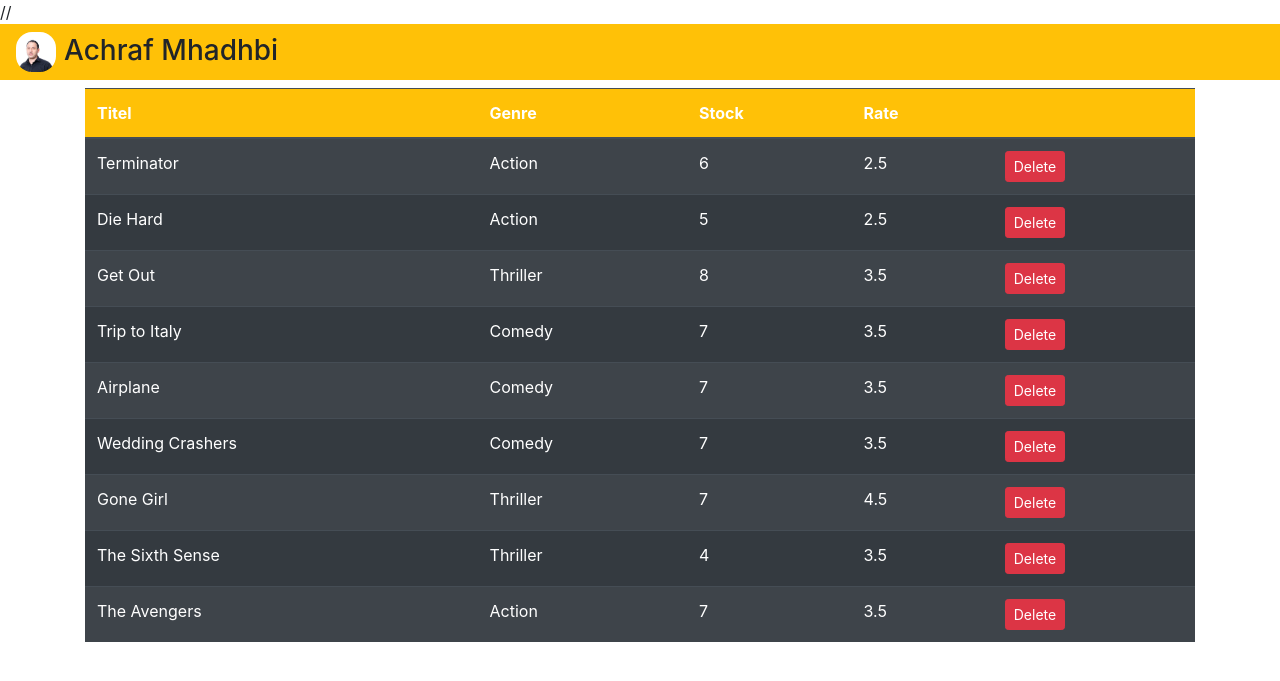
Repository: AMhadhbi/TecMovies-web-app
Page: /
The author's editor kept a copy of each file at every save. The page is drawn from the files as they stood at one save, then again after the next save.
The browser window is 1280 px wide. The pictures show the whole page.
The project was rebuilt for these pictures with package versions that can differ from the ones it lists, and the page was loaded fresh each time.

Above is the page before, as saved 2021-03-08 20:59:05.

### src/index.js
import React from 'react';
import ReactDOM from 'react-dom';
import './index.css';
import App from './App';
import reportWebVitals from './reportWebVitals';
import "bootstrap/dist/css/bootstrap.css";
import "font-awesome/css/font-awesome.css";

ReactDOM.render(
  <React.StrictMode>
    <App />
  </React.StrictMode>,
  document.getElementById('root')
);

// If you want to start measuring performance in your app, pass a function
// to log results (for example: reportWebVitals(console.log))
// or send to an analytics endpoint. Learn more: https://bit.ly/CRA-vitals
reportWebVitals();

### src/App.js
import React from 'react';
import Movies from './components/movies';
import Navbar from './components/navbar';

function App() {
  return (
    <React.Fragment>
      //<Navbar/>
      <div className='container'>
      <Movies/>
      </div>
    </React.Fragment>

   );
}

export default App;

### src/components/movies.jsx
import React, { Component } from 'react';
import { getMovies } from '../services/fakeMovieService';

class Movies extends Component {
    state = {
        movies : getMovies()
     }
    render() {
        const {movies} = this.state;
        return (
            <table className="table table-striped table-dark">
            <thead className="bg-warning">
              <tr>
                <th>Titel</th>
                <th>Genre</th>
                <th>Stock</th>
                <th>Rate</th>
                <th/>
              </tr>
            </thead>
            <tbody>
            {movies.map((movie) => (
                <tr key={movie.id}>
                    <td>{movie.title}</td>
                    <td>{movie.genre.name}</td>
                    <td>{movie.numberInStock}</td>
                    <td>{movie.dailyRentalRate}</td>
                    <td>
                    <button className="btn btn-danger btn-sm">Delete</button>
                    </td>
            </tr>
            ))}

            </tbody>
          </table>
         );
    }
}

export default Movies;

### src/components/navbar.jsx
import React, { Component } from 'react';
class Navbar extends Component {
    render() {
        return (
            <nav className="navbar navbar-light bg-warning h3">
            <span>
                <img className ="mr-2" src='images/me.png' alt=""
                style={{width: "40px", height: "40px", borderRadius :"40%"}}
                />
                Achraf Mhadhbi
            </span>
            </nav>
         );
    }
}

export default Navbar;

### src/services/fakeMovieService.js
import * as genresAPI from "./fakeGenreService";

const movies = [
  {
    _id: "5b21ca3eeb7f6fbccd471815",
    title: "Terminator",
    genre: { _id: "5b21ca3eeb7f6fbccd471818", name: "Action" },
    numberInStock: 6,
    dailyRentalRate: 2.5,
    publishDate: "2018-01-03T19:04:28.809Z",
    liked: true,
  },
  {
    _id: "5b21ca3eeb7f6fbccd471816",
    title: "Die Hard",
    genre: { _id: "5b21ca3eeb7f6fbccd471818", name: "Action" },
    numberInStock: 5,
    dailyRentalRate: 2.5,
    liked: false,
  },
  {
    _id: "5b21ca3eeb7f6fbccd471817",
    title: "Get Out",
    genre: { _id: "5b21ca3eeb7f6fbccd471820", name: "Thriller" },
    numberInStock: 8,
    dailyRentalRate: 3.5,
    liked: true,
  },
  {
    _id: "5b21ca3eeb7f6fbccd471819",
    title: "Trip to Italy",
    genre: { _id: "5b21ca3eeb7f6fbccd471814", name: "Comedy" },
    numberInStock: 7,
    dailyRentalRate: 3.5,
    liked: false,
  },
  {
    _id: "5b21ca3eeb7f6fbccd47181a",
    title: "Airplane",
    genre: { _id: "5b21ca3eeb7f6fbccd471814", name: "Comedy" },
    numberInStock: 7,
    dailyRentalRate: 3.5,
    liked: true,
  },
  {
    _id: "5b21ca3eeb7f6fbccd47181b",
    title: "Wedding Crashers",
    genre: { _id: "5b21ca3eeb7f6fbccd471814", name: "Comedy" },
    numberInStock: 7,
    dailyRentalRate: 3.5,
    liked: true,
  },
  {
    _id: "5b21ca3eeb7f6fbccd47181e",
    title: "Gone Girl",
    genre: { _id: "5b21ca3eeb7f6fbccd471820", name: "Thriller" },
    numberInStock: 7,
    dailyRentalRate: 4.5,
    liked: false,
  },
  {
    _id: "5b21ca3eeb7f6fbccd47181f",
    title: "The Sixth Sense",
    genre: { _id: "5b21ca3eeb7f6fbccd471820", name: "Thriller" },
    numberInStock: 4,
    dailyRentalRate: 3.5,
    liked: true,
  },
  {
    _id: "5b21ca3eeb7f6fbccd471821",
    title: "The Avengers",
    genre: { _id: "5b21ca3eeb7f6fbccd471818", name: "Action" },
    numberInStock: 7,
    dailyRentalRate: 3.5,
    liked: false,
  },
];

export function getMovies() {
  return movies;
}

export function getMovie(id) {
  return movies.find((m) => m._id === id);
}

export function saveMovie(movie) {
  let movieInDb = movies.find((m) => m._id === movie._id) || {};
  movieInDb.name = movie.name;
  movieInDb.genre = genresAPI.genres.find((g) => g._id === movie.genreId);
  movieInDb.numberInStock = movie.numberInStock;
  movieInDb.dailyRentalRate = movie.dailyRentalRate;

  if (!movieInDb._id) {
    movieInDb._id = Date.now();
    movies.push(movieInDb);
  }

  return movieInDb;
}

export function deleteMovie(id) {
  let movieInDb = movies.find((m) => m._id === id);
  movies.splice(movies.indexOf(movieInDb), 1);
  return movieInDb;
}

Loaded but not shown: public/index.html (common file); src/index.css (common file); src/reportWebVitals.js (common file); src/services/fakeGenreService.js (common file)

After the next save:
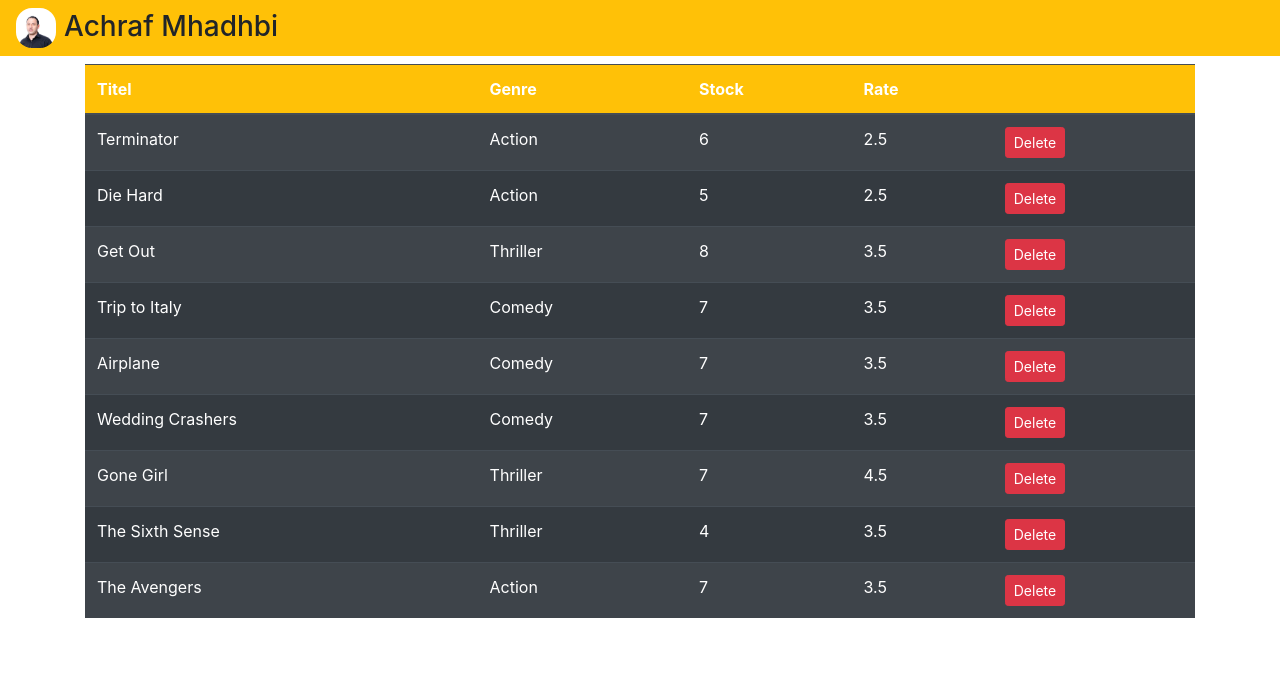
Saved 42 s later.
--- a/src/App.js
+++ b/src/App.js
@@ -5,7 +5,7 @@ import Navbar from './components/navbar';
 function App() {
   return (
     <React.Fragment>
-      //<Navbar/>
+      <Navbar/>
       <div className='container'>
       <Movies/>
       </div>
